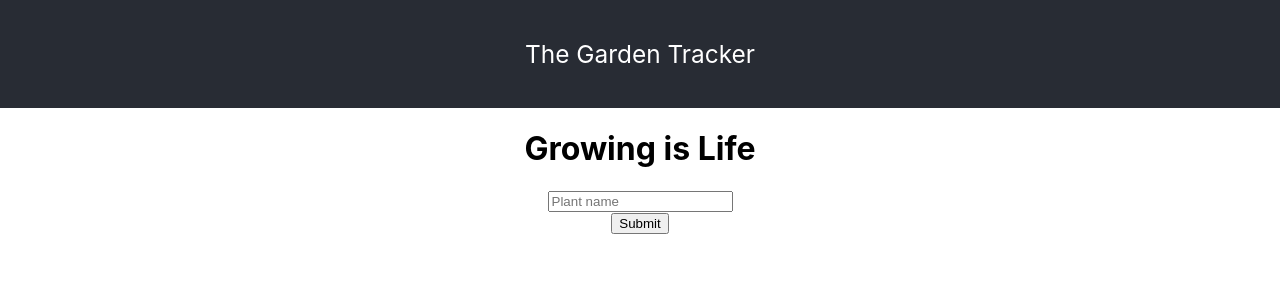
Repository: charliejp0311/gardentracker
Page: /
These files come from the project's save history. The page is drawn as it stood at one moment and after the next save; the edit follows.
The browser window is 1280 px wide. The pictures show the whole page.
The project was rebuilt for these pictures with package versions that can differ from the ones it lists, and the page was loaded fresh each time.

Above is the page before, as saved 2020-10-28 07:26:03.

### public/index.html
<!DOCTYPE html>
<html lang="en">
  <head>
    <meta charset="utf-8" />
    <link rel="icon" href="%PUBLIC_URL%/sun-svgrepo-com.svg" />
    <meta name="viewport" content="width=device-width, initial-scale=1" />
    <meta name="theme-color" content="#000000" />
    <meta
      name="description"
      content="Web site created using create-react-app"
    />
    <link rel="apple-touch-icon" href="%PUBLIC_URL%/logo192.png" />
    <!--
      manifest.json provides metadata used when your web app is installed on a
      user's mobile device or desktop. See https://developers.google.com/web/fundamentals/web-app-manifest/
    -->
    <link rel="manifest" href="%PUBLIC_URL%/manifest.json" />
    <!--
      Notice the use of %PUBLIC_URL% in the tags above.
      It will be replaced with the URL of the `public` folder during the build.
      Only files inside the `public` folder can be referenced from the HTML.

      Unlike "/favicon.ico" or "favicon.ico", "%PUBLIC_URL%/favicon.ico" will
      work correctly both with client-side routing and a non-root public URL.
      Learn how to configure a non-root public URL by running `npm run build`.
    -->
    <title>Track Your Garden</title>
  </head>
  <body>
    <noscript>You need to enable JavaScript to run this app.</noscript>
    <div id="root"></div>
    <!--
      This HTML file is a template.
      If you open it directly in the browser, you will see an empty page.

      You can add webfonts, meta tags, or analytics to this file.
      The build step will place the bundled scripts into the <body> tag.

      To begin the development, run `npm start` or `yarn start`.
      To create a production bundle, use `npm run build` or `yarn build`.
    -->
  </body>
</html>

### src/index.js
import React from 'react';
import ReactDOM from 'react-dom';
import './index.css';
import App from './App';
import reportWebVitals from './reportWebVitals';
import reducer from './reducers/index'
import { Provider } from  'react-redux';
import { applyMiddleware, createStore } from 'redux';
import thunk from 'redux-thunk';

let store = createStore(reducer,applyMiddleware(thunk))

ReactDOM.render(
  <Provider store={store}>
    <App />
  </Provider>,
  document.getElementById('root')
);

// If you want to start measuring performance in your app, pass a function
// to log results (for example: reportWebVitals(console.log))
// or send to an analytics endpoint. Learn more: https://bit.ly/CRA-vitals
reportWebVitals();

### src/App.js
import './App.css';
import CreateGarden from './components/CreateGarden'

function App() {
  return (
    <div className="App">
      <header className="App-header">
        The Garden Tracker
      </header>
        <CreateGarden />
    </div>
  );
}

export default App;

### src/reducers/index.js
import { combineReducers } from 'redux';
import garden from './GardenReducer'

export default combineReducers({
    garden
})

### src/components/CreateGarden.js
import React, {Component} from 'react';
import { connect } from 'react-redux';
import Garden from './Garden';


class CreateGarden extends Component{

    state = {
        plants: [],
        notes: [],
        bugs: []
    }

    render(){
        return(
            <div>
                <Garden
                plants={this.state.plants}
                notes={this.state.notes}
                bugs={this.state.bugs} />
            </div>
        )
    };
};



export default connect()(CreateGarden);

### src/reducers/GardenReducer.js
export default function garden (state = {
    plants: []
},action){
    switch (action.type) {
        case 'ADD_GARDEN':

            break;
        case 'REMOVE_GARDEN':

            break;

        default:
            return state;
    }
};

### src/components/Garden.js
import React, {Component} from 'react';
import CreatePlant from './CreatePlant';
import Plant from './Plant';
import {connect} from 'react-redux';


class Garden extends Component{

    state = {
        plants: [],
    }

    render(){
        let allPlants = this.state.plants.map(plant=>{return(
            <Plant key={plant.id} plant={plant} />
        )})
        return(
            <div className='garden-container' >
                <h1>Growing is Life</h1>
                <CreatePlant  />
                {allPlants}
            </div>
        )
    }
}
const mapStateToProps=state=>{
    return{
        plants: state.plants,
        notes: state.notes,
        bugs: state.bugs
    }
}

export default connect(mapStateToProps)(Garden);

### src/components/CreatePlant.js
import React from 'react';

export default function CreatePlant(props){
    return(
        <form onSubmit={props.handleSubmit}>
            <input type='text' onChange={props.handleChange} value={props.state} placeholder='Plant name'/><br/>
            <input type='submit'/>
        </form>
    )
}

### src/components/Plant.js
import { Component } from "react";

class Plant extends Component {
    state = {
        notes: [],
        bugs: []
    }

    render(){
        return(
            <div>plant ... this will have buttons that add predetermined
            notes thinking instead of bugs being a major thing Nutrients
            should be first bugs can be added to the garden later</div>
        )
    }
}

export default Plant;

Loaded but not shown: src/index.css (common file); src/reportWebVitals.js (common file); src/App.css (common file)

After the next save:
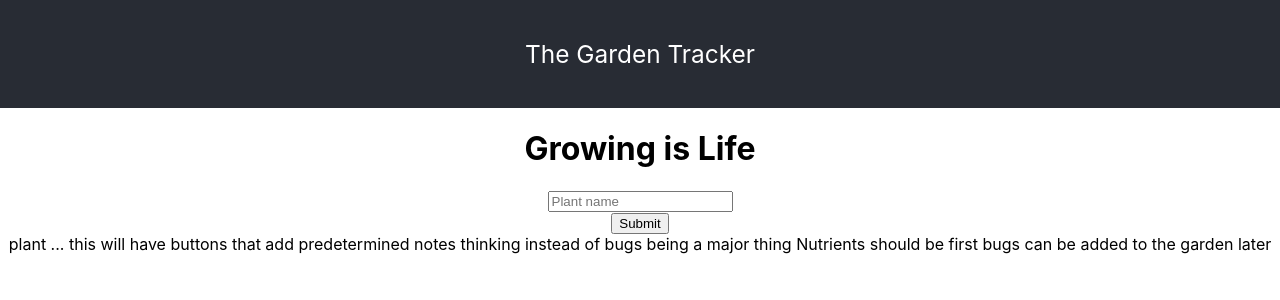
Saved 20 min 45 s later.
--- a/src/components/Garden.js
+++ b/src/components/Garden.js
@@ -11,14 +11,15 @@ class Garden extends Component{
     }
 
     render(){
-        let allPlants = this.state.plants.map(plant=>{return(
-            <Plant key={plant.id} plant={plant} />
-        )})
+        // let allPlants = this.state.plants.map(plant=>{return(
+        //     <Plant key={plant.id} plant={plant} notes={this.props.notes} bugs={this.props.bugs} />
+        // )})
         return(
             <div className='garden-container' >
                 <h1>Growing is Life</h1>
                 <CreatePlant  />
-                {allPlants}
+                <Plant notes={this.props.notes} bugs={this.props.bugs}/>
+                {/* {allPlants} */}
             </div>
         )
     }
